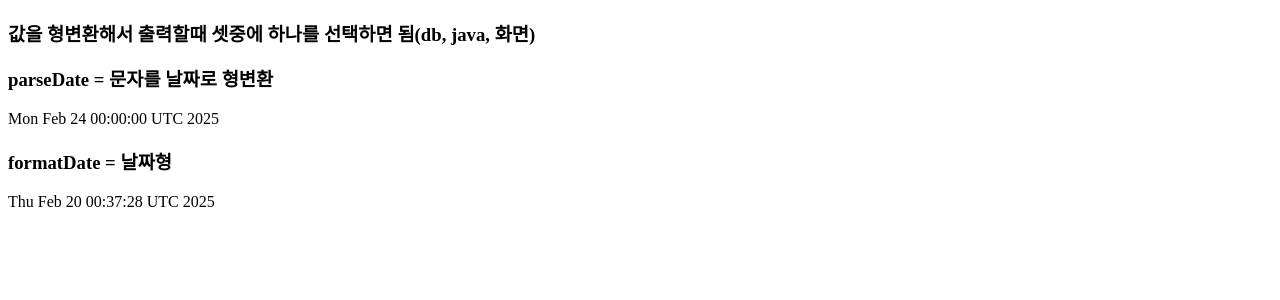
Repository: Muji1412/JSPstudy
Page: http://localhost/JSPbasic/jstl/jstl_fmt.jsp
These files come from the project's save history. The page is drawn as it stood at one moment and after the next save; the edit follows.
The browser window is 1280 px wide. The pictures show the whole page.
The page is served by Tomcat 9. Nobody is signed in. The application's start-up code is not run.

Above is the page before, as saved 2025-02-24 05:07:03.

After the next save:
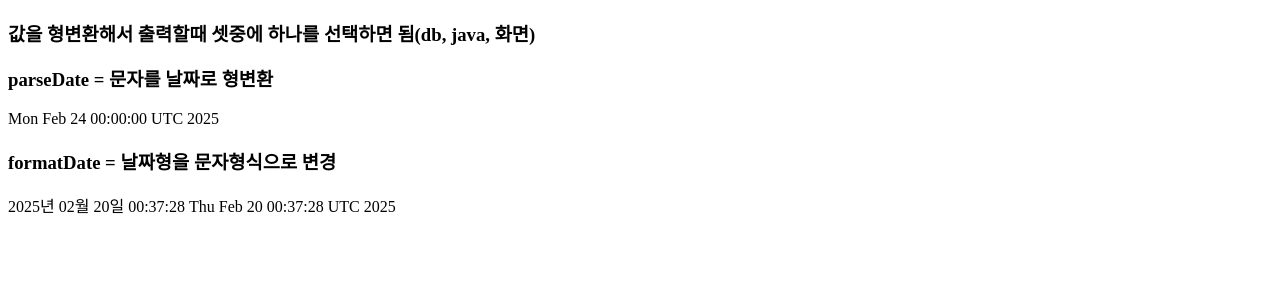
Saved 79 s later.
--- a/workspace/JSPbasic/src/main/webapp/jstl/jstl_fmt.jsp
+++ b/workspace/JSPbasic/src/main/webapp/jstl/jstl_fmt.jsp
@@ -18,9 +18,11 @@
 	<fmt:parseDate var = "a" value = "2025/02/24" pattern = "yyyy/MM/dd"></fmt:parseDate>
 	${a }
 
-	<h3>formatDate = 날짜형 </h3>
+	<h3>formatDate = 날짜형을 문자형식으로 변경 </h3>
 
 	<c:set var = "now"  value = "<%=new Date() %>"></c:set>
+
+	<fmt:formatDate value="${now}" pattern = "yyyy년 MM월 dd일 HH:mm:ss"/>
 	${now }
 
 </body>
